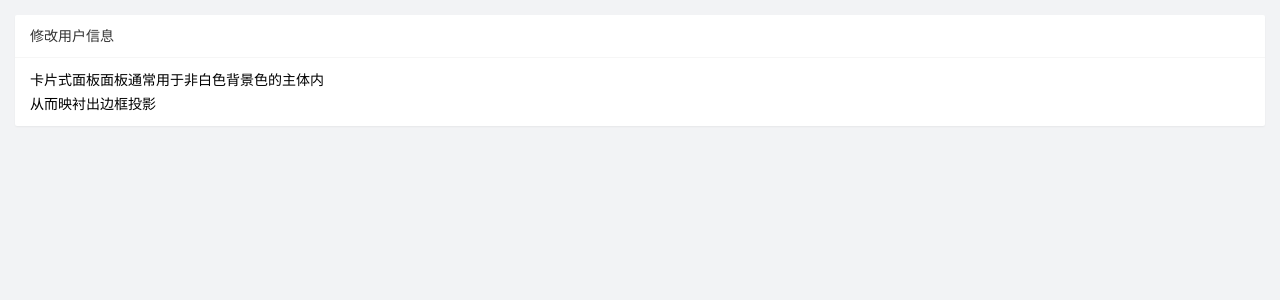
Repository: keyboying1/web_bigevent
Page: user/user_info.html
An editor plug-in stored every save of this project. The page is shown before and after the next save, followed by the edit.
The browser window is 1280 px wide. The pictures show the whole page.

Above is the page before, as saved 2022-11-19 16:40:48.

After the next save:
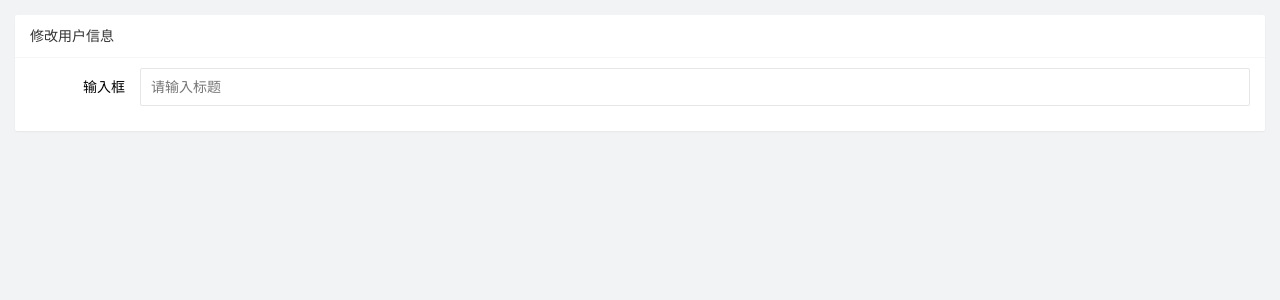
Saved 115 s later.
--- a/user/user_info.html
+++ b/user/user_info.html
@@ -13,8 +13,15 @@
     <div class="layui-card">
         <div class="layui-card-header">修改用户信息</div>
         <div class="layui-card-body">
-          卡片式面板面板通常用于非白色背景色的主体内<br>
-          从而映衬出边框投影
+          <!-- form表单区域 -->
+          <form class="layui-form" action="">
+            <div class="layui-form-item">
+              <label class="layui-form-label">输入框</label>
+              <div class="layui-input-block">
+                <input type="text" name="title" required  lay-verify="required" placeholder="请输入标题" autocomplete="off" class="layui-input">
+              </div>
+            </div>
+        </form>
         </div>
       </div>
 </body>
